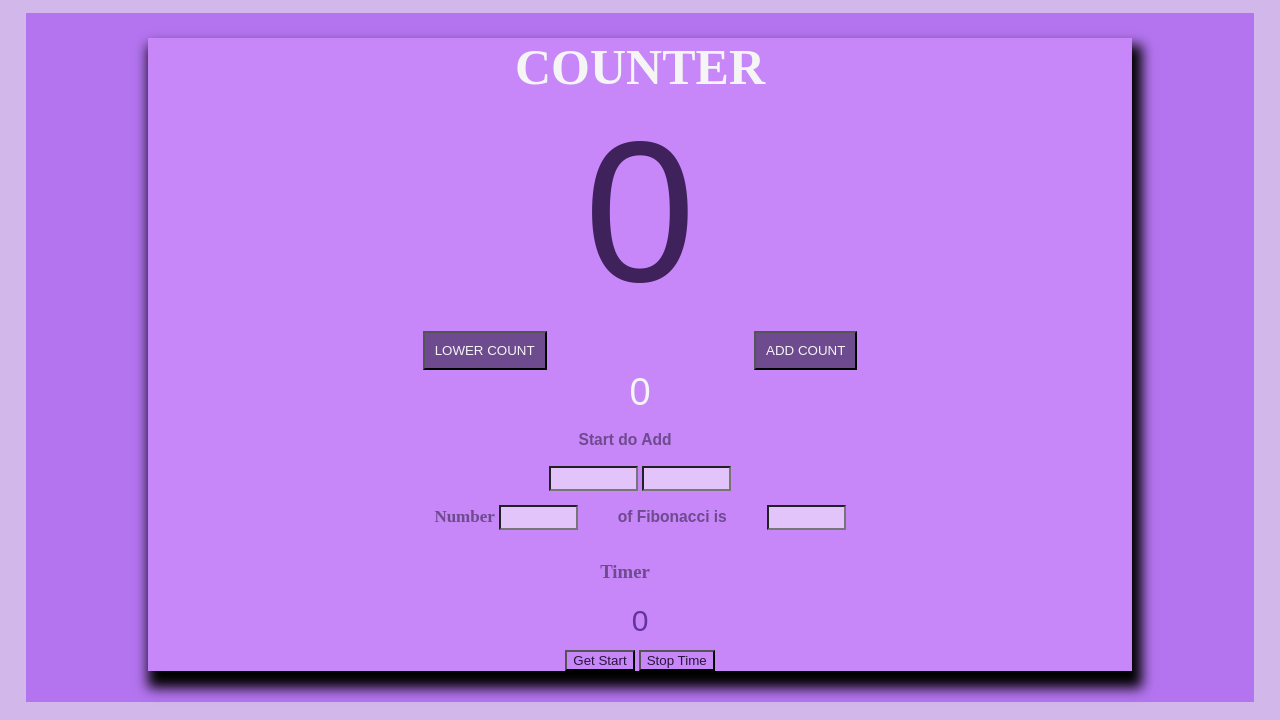
Repository: AnahitKhechumyan/Counter
Page: index.html
These files come from the project's save history. The page is drawn as it stood at one moment and after the next save; the edit follows.
The browser window is 1280 px wide. The pictures show the whole page.

Above is the page before, as saved 2022-02-16 02:18:16.

### index.html
<!DOCTYPE html>
<html lang="en">
<head>
    <meta charset="UTF-8">
    <meta http-equiv="X-UA-Compatible" content="IE=edge">
    <meta name="viewport" content="width=device-width, initial-scale=1.0">
    <link rel="stylesheet" href="style.css">
    <title>Counter</title>
</head>
<body>
    <div class="container">
       <div class="main">
            <div class="header">COUNTER</div>
            <button class= "counter">0</button>
            <div class = "change">
                 <button class ="decrement" type="button">LOWER COUNT</button>
                 <button class ="increment" type="button">ADD COUNT</button>
            </div>
            <button class= "sum">0</button> <br>
            <button class= "add" type="button"><h3>Start do Add</h3></button>
            <div >
                <input class ="firstInput" type="text" />
                <input class ="secondInput" type = "text"/>
           </div>
           <span>Number</span>
           <input class= "inputNumber" type="text" />
           <button class= "fibonacci" type="button"><h3>of Fibonacci is</h3></button>
           <input class= "inputFibonacci" type="text"/>

           <h3>Timer</h3>
           <button class= "timer">0</button>
            <div>
                <button class ="getTime">Get Start</button>
                <button class ="stopTime">Stop Time</button>
           </div>
        </div>
    </div>
    <script src= "script.js"></script>
</body>
</html>

### style.css
body{
    margin: 0;
    background-color: rgb(210, 183, 235);
}
.container{
    background-color: rgb(180, 116, 240);
    width: 96%;
    height: 94vh;
    margin-right:2%;
    margin-left:2%;
    margin-top:1%;
    padding-top: 1%;

}
.main{
    background-color: rgb(199, 135, 248);
    width: 80%;
    height: 88vh;
    margin: 1% 10%;
    box-shadow: 5px 12px 12px 5px;
    text-align: center;
}
.header{
    text-align: center;
    color:whitesmoke;
    font-size: 50px;
    font-weight: 700;
}

.counter{
    border:none;
    font-size:200px;
    color:rgb(63, 33, 92);
    background-color:rgb(199, 135, 248) ;

}
 .change{
     background-color:  rgb(199, 135, 248);
     font-size: 30px;
 }
.decrement{
    padding:10px;
    margin-right: 100px;
   background-color: rgb(110, 74, 143);
   color:whitesmoke;
}
.decrement:hover{
    background-color:whitesmoke;
    color:rgb(110, 74, 143);
    cursor:pointer;
}
.increment{
    padding:10px;
    margin-left: 100px;
    background-color: rgb(110, 74, 143);
    color:whitesmoke;
}
.increment:hover{
    background-color:whitesmoke;
    color:rgb(110, 74, 143);
    cursor:pointer;
}
.sum{
    border:none;
    background-color: rgb(199, 135, 248);
    color:whitesmoke;
    font-size: 38px;
}
.firstInput, .secondInput{
    width: 8%;
    padding:3px;
}
.fibonacci{
    background-color: rgb(199, 135, 248);
    border:none;
}
.inputNumber, .inputFibonacci{
    width: 7%;
    padding:3px;
}
.inputNumber{
    margin-right: 30px;
}
input{
    background-color: rgb(227, 196, 250);
}

.main >span{
    font-size: 17px;
    font-weight: 700;
    color:rgb(110, 74, 143);
   }

.timer{
    padding:2px 3px;
    font-size: 30px;
   width: 5%;
   border:none;
   color:rebeccapurple;
   background-color:rgb(199, 135, 248);;
}

.getTime, .stopTime{
    margin-top:1%;
    background-color:rgb(199, 135, 248);
    color:rgb(41, 20, 61);
    cursor:pointer;
}
.getTime:hover, .stopTime:hover{
    background-color: whitesmoke;
    font-weight: 200;
}
h3{
    cursor:pointer;
    color:rgb(110, 74, 143);
    margin-right: 30px;
}
.add{
    border:none;
    background-color: rgb(199, 135, 248);
}

### script.js
let counterElem = document.querySelector(".counter");
let addCount = document.querySelector(".increment");
let lowerCount = document.querySelector(".decrement");
let getTimer = document.querySelector(".getTime");
let stopTimer = document.querySelector(".stopTime");
let goTimer = document.querySelector(".timer");
let startAdd = document.querySelector(".add");
let addSum = document.querySelector(".sum");
let firstNum = document.querySelector(".firstInput");
let secondNum = document.querySelector(".secondInput");
let getFibonacci = document.querySelector(".fibonacci");
let inputNum = document.querySelector(".inputNumber");
let  addFibonacci = document.querySelector(".inputFibonacci");

let count = 0;
updateDisplay();

addCount.addEventListener("click", () => {
  count++;
  updateDisplay();
});
lowerCount.addEventListener("click", () => {
  count--;
  updateDisplay();
});

function updateDisplay() {
  counterElem.innerHTML = count;
}

startAdd.addEventListener("click", () => {
  let x = firstNum.value;
  let y = secondNum.value;
  addSum.innerHTML = add(x)(y);
  firstNum.value = " ";
  secondNum.value = " ";
});

let sum = 0;
function add(x) {
  return function (y) {
    return Number(x) + Number(y);
  };
}

getFibonacci.addEventListener("click", () => {
    let f = inputNum.value;
    addFibonacci.value = findFibonacci(f);
    inputNum.value = " ";
  });

  let findFibonacci = function(f){
              if(f<=0){
                   return 0;
                 }
              if(f===1){
                   return 1;
                 }
              if(f===2){
                   return 2;
                }
    return findFibonacci(f-2) + findFibonacci(f-1);
};

countTime = 0;
function getTime() {
  countTime++;
  goTimer.innerHTML = countTime;
}
let timer = 0;
getTimer.addEventListener("click", () => {
  timer = setInterval(getTime, 1000);
});

stopTimer.addEventListener("click", () => {
  clearInterval(timer);
  countTime = 0;
  goTimer.innerHTML = 0;
});

After the next save:
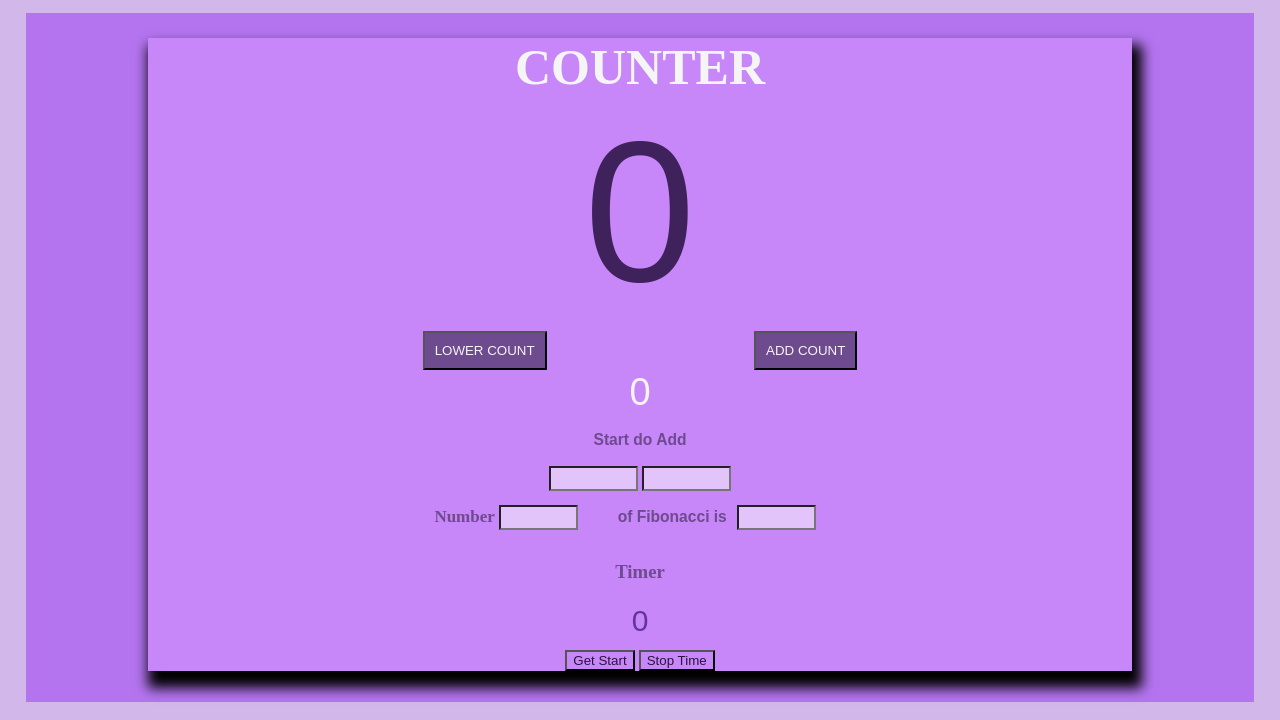
Saved 81 s later.
--- a/style.css
+++ b/style.css
@@ -77,6 +77,7 @@ body{
 .inputNumber, .inputFibonacci{
     width: 7%;
     padding:3px;
+    margin-right: 30px;
 }
 .inputNumber{
     margin-right: 30px;
@@ -113,7 +114,6 @@ input{
 h3{
     cursor:pointer;
     color:rgb(110, 74, 143);
-    margin-right: 30px;
 }
 .add{
     border:none;
